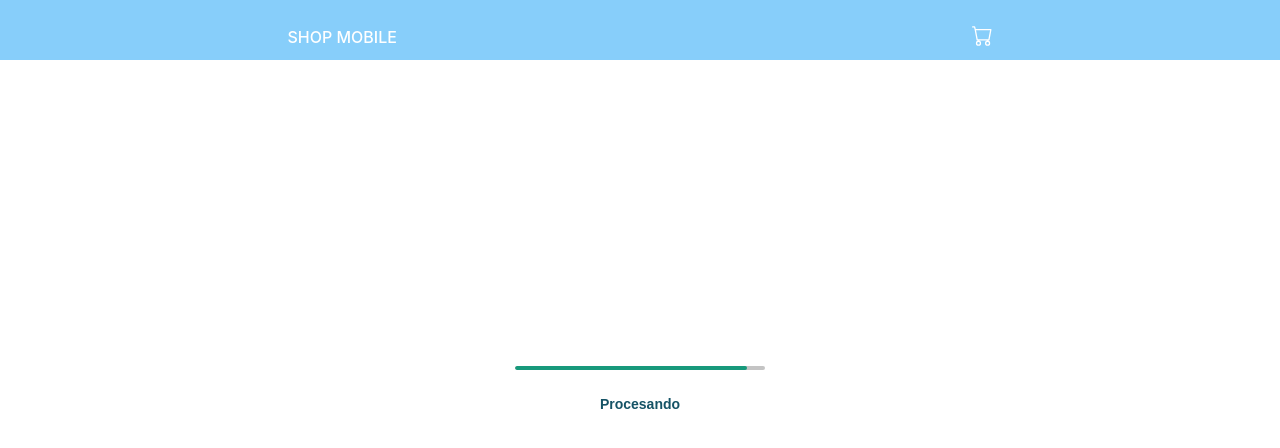
Repository: banchiec/atInditex
Page: /
The author's editor kept a copy of each file at every save. The page is drawn from the files as they stood at one save, then again after a run of saves.
The browser window is 1280 px wide. The pictures show the whole page.
The page's requests for data from a server got no answer. The project was rebuilt for these pictures with package versions that can differ from the ones it lists, and the page was loaded fresh each time. No one was signed in, and anything a server would have sent is missing. Also part of the build but not shown: src/components/Cards/CardProductItem/cardProductItemStyled.js, src/components/Cards/CardProductItem/CardProductItem.js, src/services/cart.services.js, src/utils/products/cart.utils.js, src/screen/DetailsProductScreen/components/ButtonOptions/buttonOptionsStyled.js, src/screen/DetailsProductScreen/components/ButtonOptions/ButtonOptions.js, src/screen/DetailsProductScreen/styles/detailsProductScreenStyled.js, src/screen/DetailsProductScreen/DetailsProductScreen.js.

Above is the page before, as saved 2022-09-08 10:28:09.

### src/App.js
import {BrowserRouter as Router, Routes, Route } from 'react-router-dom'
import * as path from './utils/paths'
import Header from './components/Header/Header';
import ProductsScreen from './screen/ProductsScreen/ProductsScreen';
import DetailsProductScreen from './screen/DetailsProductScreen/DetailsProductScreen';
import { useEffect, useState } from 'react';

let counter = 1

function App() {
  const [counterCart, setCounterCart] = useState(0)

  useEffect(() => {
    handleCounterCart()
  }, [])

  const handleCounterCart = (valor) => {
    console.log(valor);
    setTimeout(() => {
      setCounterCart(valor)
    }, 2000)
    if(valor){
      counter++
    }
  }

  console.log(counter);
  console.log(counterCart);

  return (
    <Router>
      <Header counterCart={counterCart} />
      <Routes>
        <Route path={path.PRODUCTPAGE} element={<ProductsScreen/>} />
        <Route path={path.DETAILSPAGE} element={<DetailsProductScreen handleCounterCart={handleCounterCart} />}  />
      </Routes>
    </Router>
  );
}

export default App;

### src/utils/paths.js
export const PRODUCTPAGE= '/'
export const DETAILSPAGE= '/product/details/:id'

### src/components/Header/Header.js
import { Link } from "react-router-dom"
import {BsCart} from 'react-icons/bs'
import * as path from '../../utils/paths'
import { ContainerHeader } from "./headerStyled"

const Header = (counterCart) => {

  console.log(counterCart);
  return(
    <ContainerHeader>
      <Link to={path.PRODUCTPAGE}>
        SHOP MOBILE
      </Link>
      <div>
        {counterCart.countItems}
        <BsCart/>
      </div>
    </ContainerHeader>
  )
}
export default Header

### src/screen/ProductsScreen/ProductsScreen.js
import { useEffect, useState } from "react"
import CardProductItem from "../../components/Cards/CardProductItem/CardProductItem"
import Loader from "../../components/Loaders/Loader"
import { getProducts } from "../../utils/products/products.utils"
import { getWithExpiry } from "../../utils/localStorage"
import { ContainerProducts, Filter, Search } from "./styles/productScreenStyled"

const ProductsScreen = () => {
  const [products, setProducts] = useState(null)
  const [productsSearch, setProductsSearch] = useState([])
  const [value, setValue] = useState('')
  const [alert, setAlert] = useState(null)
  const [cartItem, setCartItems] = useState(0)

  useEffect(() => {
    getProducts()
  },[])
  useEffect(()=> {
    setTimeout(() => {
      setProducts(getWithExpiry('products'));
      setProductsSearch(getWithExpiry('products'))
    }, 2000);
  },[])
  useEffect(() => {
    setTimeout(() => {
      if(getWithExpiry('products') === null){
        setAlert(
          <div>
            <h1>Es necesario volver a solicitar la información</h1>
          </div>
        )
        setProducts([])
      }
    }, 3600000)
  },[])

  const handleGetProduct = (e) => {
    setValue(e.target.value)
    filter(e.target.value)
  }
  const filter = (searchText) => {
    let resutlsSearch = productsSearch.filter((product) => {
      if(product.brand.toString().toLowerCase().includes(searchText.toLowerCase())
        || product.model.toString().toLowerCase().includes(searchText.toLowerCase())){
        return product
      }
    })
    setProducts(resutlsSearch)
  }
  return (
    <div>
      <Filter>
        <h4>LIST ITEM</h4>
        <Search
          type='text'
          placeholder="SEARCH"
          value={value}
          onChange={(e) => handleGetProduct(e)}
        />
      </Filter>
      <ContainerProducts>
        { !products ? (
          <Loader/>
        ):(
          products?.map((item) => {
            return (
              <CardProductItem
                key={item.id}
                id = {item.id}
                imgUrl={item.imgUrl}
                brand={item.brand}
                model={item.model}
                price={item.price}
              />
            )
        })) }
        {alert}
      </ContainerProducts>
    </div>
  )
}

export default ProductsScreen

### src/components/Header/headerStyled.js
import styled from "styled-components";

export const ContainerHeader = styled.header`
  display: flex;
  justify-content: space-around;
  align-items: center;
  background: #87CEFA;
  padding: 25px 0;
  border: 1px solid greee;
  a {
    text-decoration: none;
    color: #ffff;
    font-weight: 500;
  }
  svg {
    font-size: 1.3rem;
    color: #ffff;
  }
`

### src/components/Loaders/Loader.js
import './styles/loader.css'

const Loader = () => {
	return(
		<div className="progress_bar animate-loader">
			<div className="progress_bar__content">
				<div className="progress_bar__wrapper">
					<div className="progress_bar__viewer">
						<div className="progress_bar__shimmer"></div>
					</div>
				</div>
				<div className="progress_bar__state" data-start="Solicitando datos" data-middle="Procesando" data-end="Casi esta!"></div>
			</div>
		</div>
	)
}
export default Loader

### src/utils/products/products.utils.js
import ProductsService from "../../services/product.services"
import { setWithExpiry } from "../localStorage"
const productService = new ProductsService()

export const getProducts = () => {
	productService.getProducts()
		.then((data)=> {
			setWithExpiry('products', JSON.stringify(data.data), 360000)
		})
		.catch((error) => console.log(error))
}
export const getDetailsProduct = (id) => {
	productService.getOneProduct(id)
	.then((data) => {
		setWithExpiry(`detailsProduct${data.data.id}`, JSON.stringify(data.data), 360000)
	})
	.catch((error) => console.log(error))
}

### src/utils/localStorage.js
export const setWithExpiry = (key, value, ttl) =>  {
	const now = new Date()
	const item = {
		value: value,
		expiry: now.getTime() + ttl,
	}
	localStorage.setItem(key, JSON.stringify(item))
}

export const getWithExpiry = (key) =>  {
	const itemStr =  localStorage.getItem(key)
	if (!itemStr) {
		return null
	}
	const item = JSON.parse(itemStr)
	const now = new Date()
	if (now.getTime() > item.expiry) {
		localStorage.removeItem(key)
		return null
	}
	return  JSON.parse( item.value)
}

### src/screen/ProductsScreen/styles/productScreenStyled.js
import styled from "styled-components";
export const ContainerProducts =  styled.div`
  display: flex;
  flex-direction: row;
  justify-content: center;
  flex-wrap: wrap;
	@media (min-width:768px){
  }
`
export const Filter = styled.div`
  display: flex;
  flex-direction: row;
  justify-content: space-between;
  padding:  15px 0;
  margin: 0 6em;
`
export const Search = styled.input`
	@media (min-width:768px){
		padding: 0 20px;
    text-align: end;
    border: none;
    background: whitesmoke;
    border-radius:  5px;/* border: 1px solid green; */
  }
`

### src/components/Loaders/styles/loader.css
.progress_bar {
  font-family: Arial;
  position: fixed;
  left: 0;
  bottom: 0;
  display: flex;
  width: 100%;
  align-items: center;
  justify-content: center;
  background: white;
  top: 60px;
  z-index: 999;
  height: calc(100vh - 60px);
}
.progress_bar__wrapper {
  overflow: hidden;
  border-radius: 15px;
  width: 250px;
  background-color: #c4c4c4;
  overflow: hidden;
}
.progress_bar__viewer {
  background: #17997B;
  border-radius: 4px;
  height: 4px;
  transform: scaleX(0);
  transform-origin: 0 0;
}
.progress_bar.animate-loader .progress_bar__viewer {
  animation: FillAnimation 6s cubic-bezier(0.01, 1.06, 0.71, 1) forwards infinite;
}
.progress_bar.animate-loader .progress_bar__state::before {
  content: '';
  animation: TextChange 6s infinite;
}
.progress_bar__content {
  display: flex;
  flex-direction: column;
}
.progress_bar__state {
  margin-top: 24px;
  text-align: center;
  font-size: 14px;
  line-height: 1.5;
  font-weight: bold;
  color: #155366;
}
@keyframes FillAnimation {
  0% {
    transform: scaleX(0.028);
  }
  10% {
    transform: scaleX(0.028);
  }
  20% {
    transform: scaleX(0.028);
  }
  25% {
    transform: scaleX(0.24);
  }
  35% {
    transform: scaleX(0.24);
  }
  45% {
    transform: scaleX(0.24);
  }
  50% {
    transform: scaleX(0.624);
  }
  60% {
    transform: scaleX(0.624);
  }
  70% {
    transform: scaleX(0.624);
  }
  75% {
    transform: scaleX(0.928);
  }
  85% {
    transform: scaleX(0.928);
  }
  95% {
    transform: scaleX(0.928);
  }
  100% {
    transform: scaleX(1);
  }
}
@keyframes TextChange {
  0% {
    content: attr(data-start);
  }
  24% {
    content: attr(data-start);
  }
  25% {
    content: attr(data-middle);
  }
  99% {
    content: attr(data-middle);
  }
  100% {
    content: attr(data-end);
  }
}

### src/services/product.services.js
import axios from 'axios'

class ProductsService {
	constructor() {
		this.instance = axios.create({
			baseURL: `https://front-test-api.herokuapp.com/api/product`,
			withCredentials: false
		})
	}
	deleteProduct = (id) => this.instance.delete(`/${id}`)
	getProducts = () => this.instance.get("/")
	getOneProduct = (id) => this.instance.get(`/${id}`)
	createProduct = (form) => this.instance.post("/new", form)
}
export default ProductsService;

Loaded but not shown: public/index.html (common file); src/index.js (common file); src/index.css (common file); src/reportWebVitals.js (common file)

After the next 2 saves:
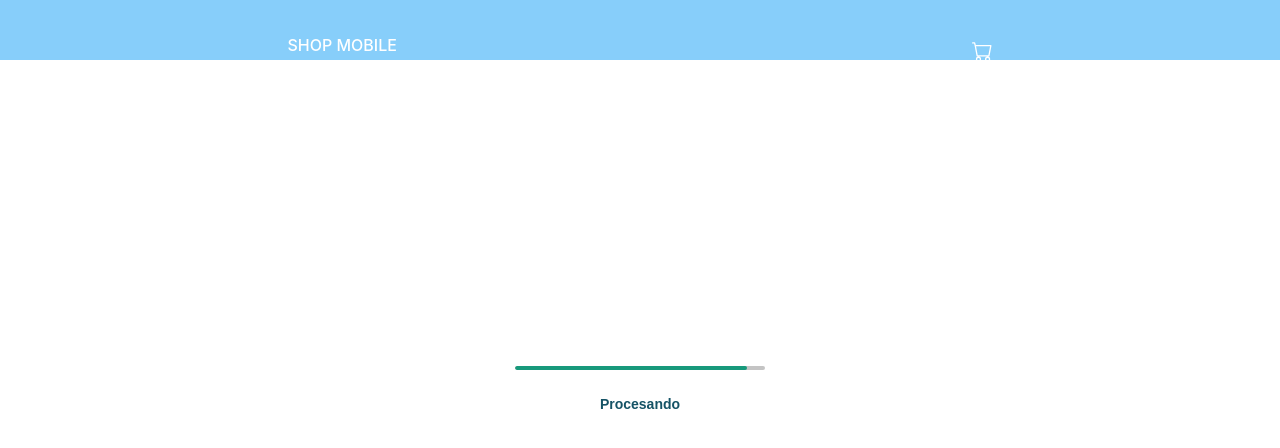
The 2 saves are shown as one change because they came seconds apart.
The last was saved 66 s later.
--- a/src/components/Header/Header.js
+++ b/src/components/Header/Header.js
@@ -12,7 +12,9 @@ const Header = (counterCart) => {
         SHOP MOBILE
       </Link>
       <div>
-        {counterCart.countItems}
+        <p>
+          {counterCart.countItems}
+        </p>
         <BsCart/>
       </div>
     </ContainerHeader>
